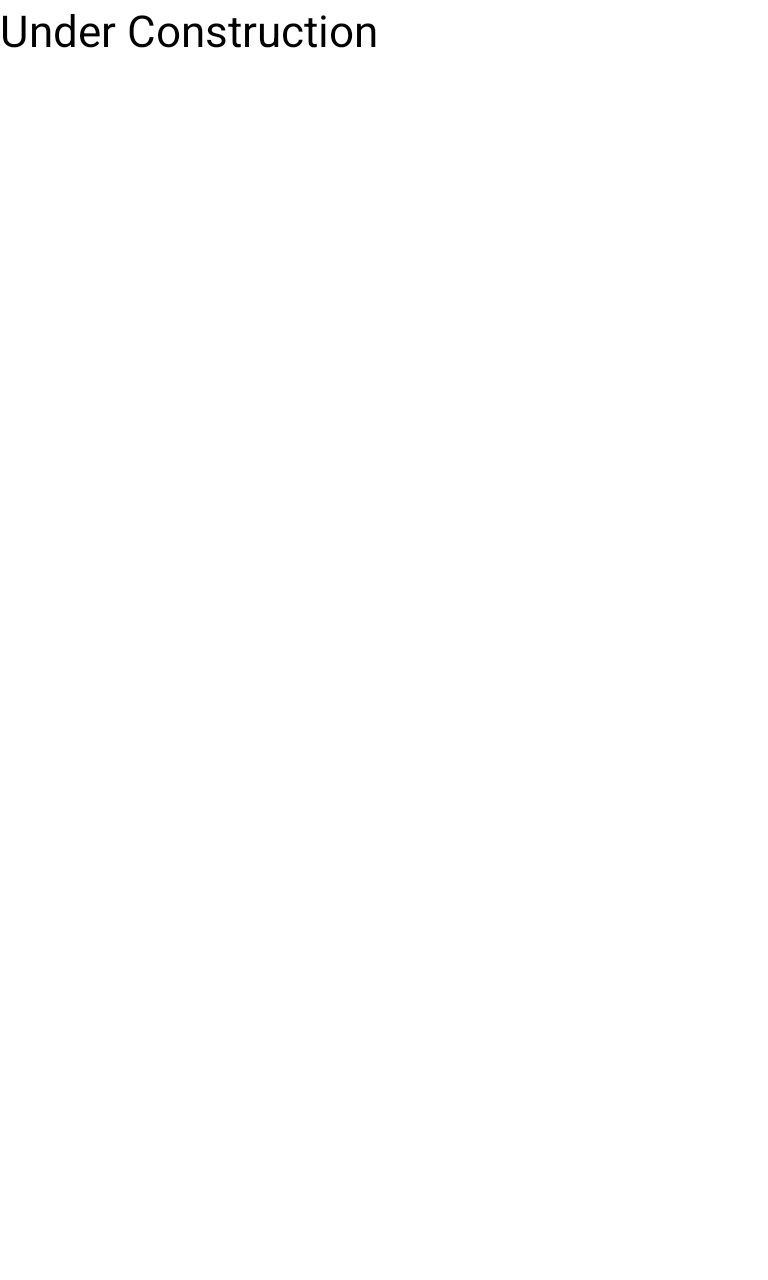
Repository: yj354/alwaysonworkspace
Layout: ListyTasky001/res/layout/activity_2_1.xml
These files come from the project's save history. The layout is drawn as it stood at one moment and after the next save; the edit follows.
It is drawn on a 768 x 1280 px phone screen (xhdpi) without system bars, with theme AppTheme; the app's code is not run.

Above is the layout before, as saved 2014-03-06 09:50:07.

After the next save:
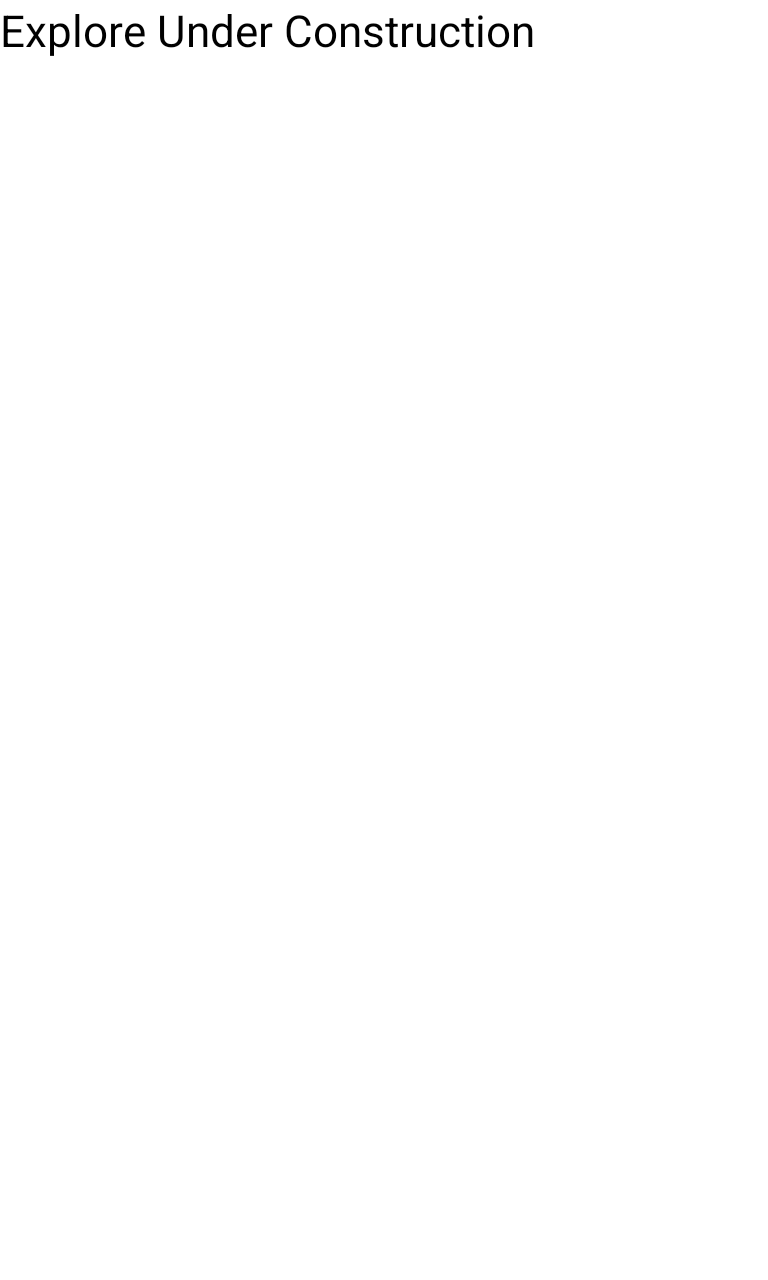
Saved 16 s later.
--- a/ListyTasky001/res/layout/activity_2_1.xml
+++ b/ListyTasky001/res/layout/activity_2_1.xml
@@ -8,7 +8,7 @@
         android:id="@+id/textView21.0"
         android:layout_width="match_parent"
         android:layout_height="match_parent"
-        android:text="Under Construction"
+        android:text="Explore Under Construction"
         android:textAppearance="?android:attr/textAppearanceLarge" />
 
 </LinearLayout>
